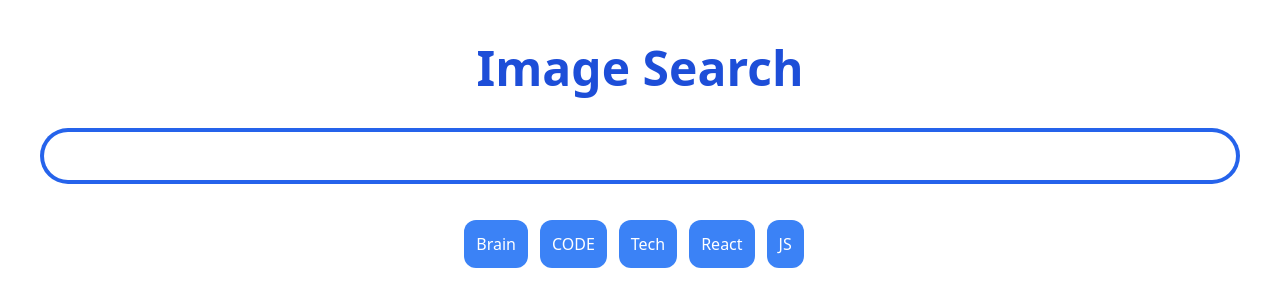
Repository: rkrukshan/react-image-gallery
Page: /
These files come from the project's save history. The page is drawn as it stood at one moment and after the next save; the edit follows.
The browser window is 1280 px wide. The pictures show the whole page.
The project was rebuilt for these pictures with package versions that can differ from the ones it lists, and the page was loaded fresh each time. Also part of the build but not shown: vite.config.js.

Above is the page before, as saved 2025-01-07 12:56:01.

After the next save:
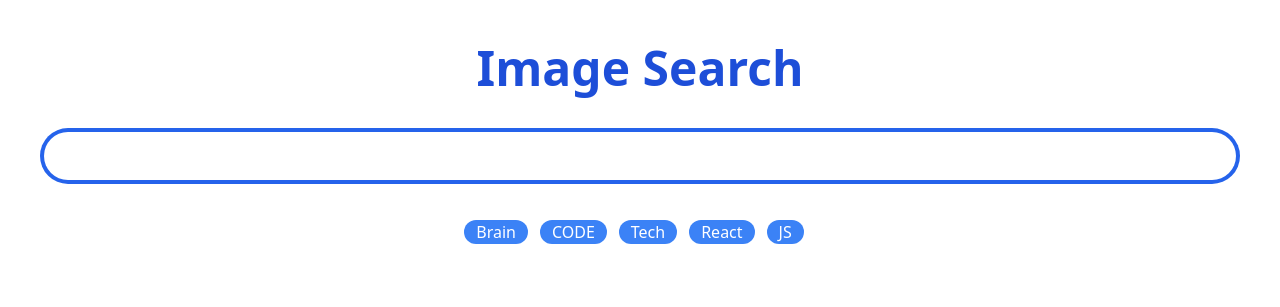
Saved 24 s later.
--- a/src/assets/components/Gallery.jsx
+++ b/src/assets/components/Gallery.jsx
@@ -11,11 +11,11 @@ export default function Gallery() {
         />
       </div>
       <div className="flex justify-center mt-10">
-        <button className="bg-blue-500 text-white p-3 mr-3 rounded-xl">Brain</button>
-        <button className="bg-blue-500 text-white p-3 mr-3 rounded-xl">CODE</button>
-        <button className="bg-blue-500 text-white p-3 mr-3 rounded-xl"> Tech</button>
-        <button className="bg-blue-500 text-white p-3 mr-3 rounded-xl">React</button>
-        <button className="bg-blue-500 text-white p-3 mr-3 rounded-xl">JS</button>
+        <button className="bg-blue-500 text-white px-3 mr-3 rounded-xl">Brain</button>
+        <button className="bg-blue-500 text-white px-3 mr-3 rounded-xl">CODE</button>
+        <button className="bg-blue-500 text-white px-3 mr-3 rounded-xl"> Tech</button>
+        <button className="bg-blue-500 text-white px-3 mr-3 rounded-xl">React</button>
+        <button className="bg-blue-500 text-white px-3 mr-3 rounded-xl">JS</button>
       </div>
     </div>
   );
